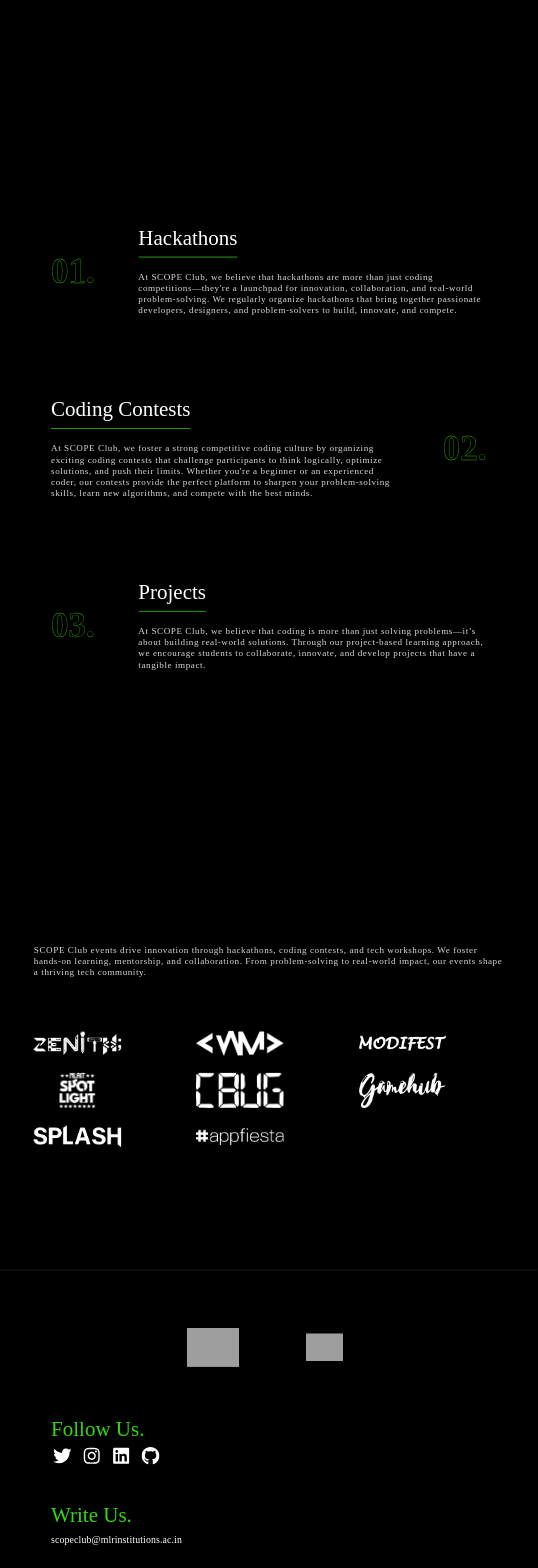
Repository: vajjipartisatwikraj/scopeclub
Page: /home
These files come from the project's save history. The page is drawn as it stood at one moment and after the next save; the edit follows.
The browser window is 768 px wide. The pictures show the part of the page from y = 1714 to 3954 px (the page is 4110 px tall before and 4030 px after), at 70% of full size.
Pictures or frames that could not be fetched are drawn as grey boxes. Some web fonts or font styles are not loaded; a fallback is used. The project was rebuilt for these pictures with package versions that can differ from the ones it lists, and the page was loaded fresh each time. Also part of the build but not shown: src/components/Team/Team.css, src/Assets/Data/TeamData.js, src/Assets/Data/TeamData22.js, src/Assets/Data/TeamData23.js, src/Assets/Data/TeamData24.js, src/Assets/Data/TeamData25.js, src/Assets/Data/TeamData26.js, src/Assets/Data/TeamData27.js and 15 more.

Above is the page before, as saved 2025-02-16 14:47:30.

After the next save:
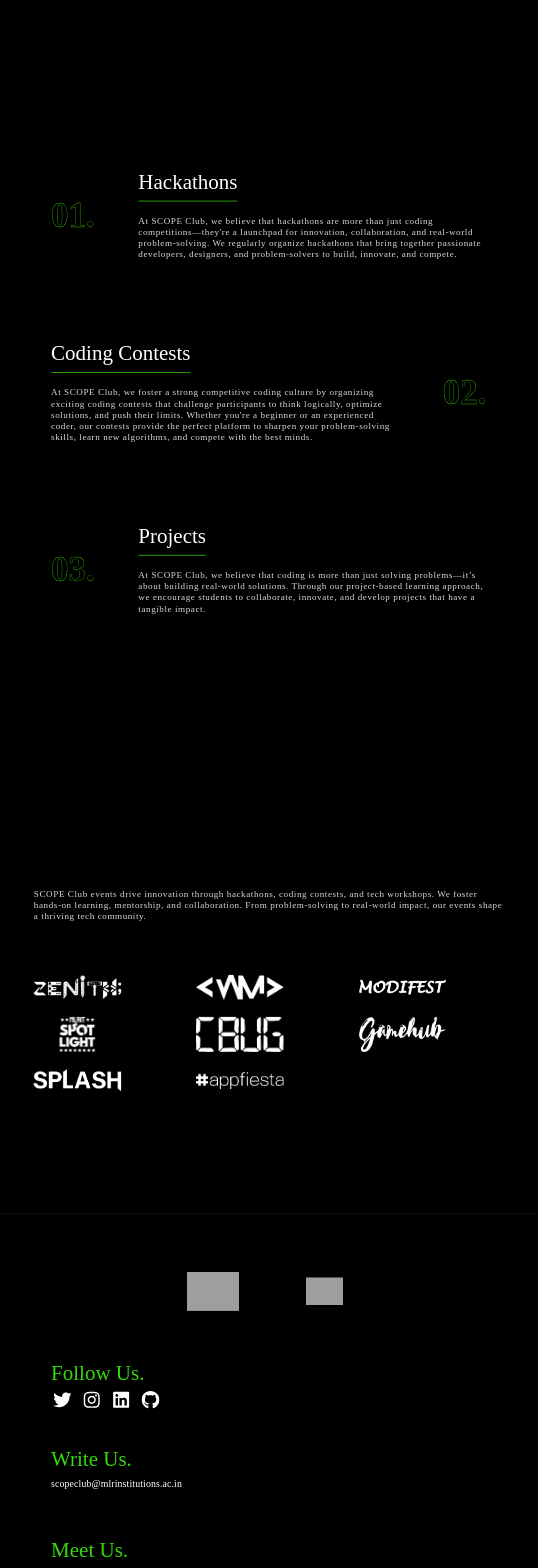
Saved 9 s later.
--- a/src/App.css
+++ b/src/App.css
@@ -741,7 +741,7 @@
 
   .is-image {
     width: 100%;
-    height: 70vh;
+    height: 60vh;
     overflow: hidden;
     display: flex;
 

After the save that followed:
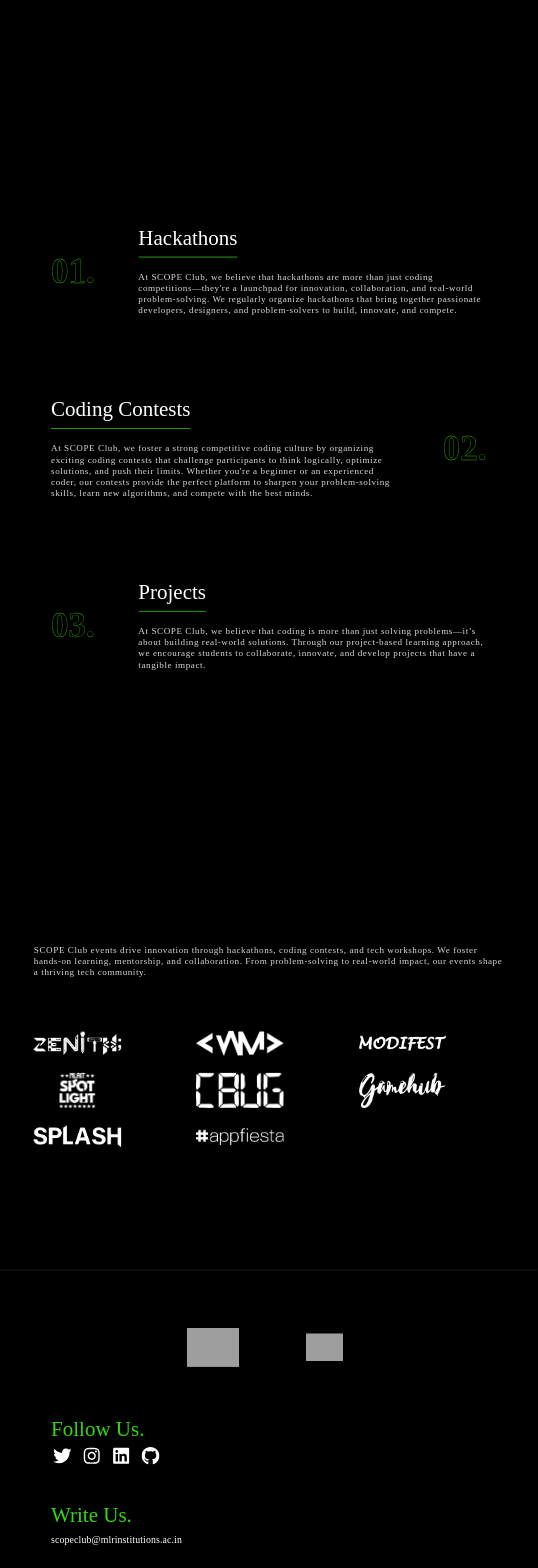
Saved 30 s later.
--- a/src/App.css
+++ b/src/App.css
@@ -741,7 +741,7 @@
 
   .is-image {
     width: 100%;
-    height: 60vh;
+    height: 70vh;
     overflow: hidden;
     display: flex;
 
